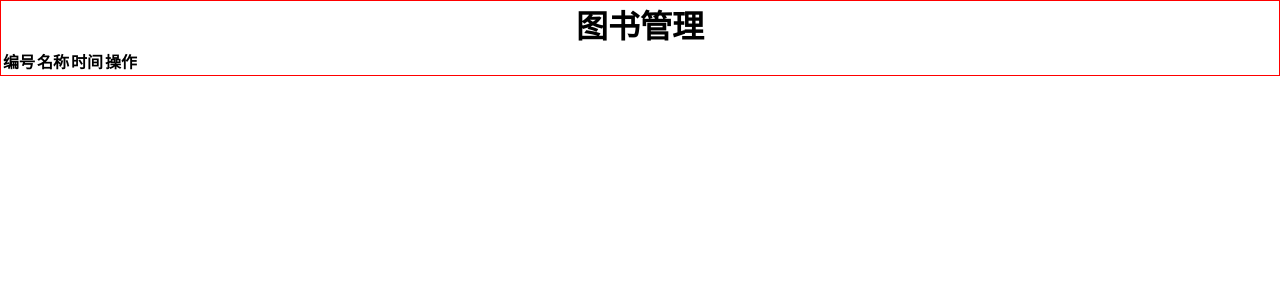
Repository: chenguocan/Vue_demo_1
Page: vue_demo_03/图书管理.html
The author's editor kept a copy of each file at every save. The page is drawn from the files as they stood at one save, then again after the next save.
The browser window is 1280 px wide. The pictures show the whole page.

Above is the page before, as saved 2020-07-21 15:58:59.

After the next save:
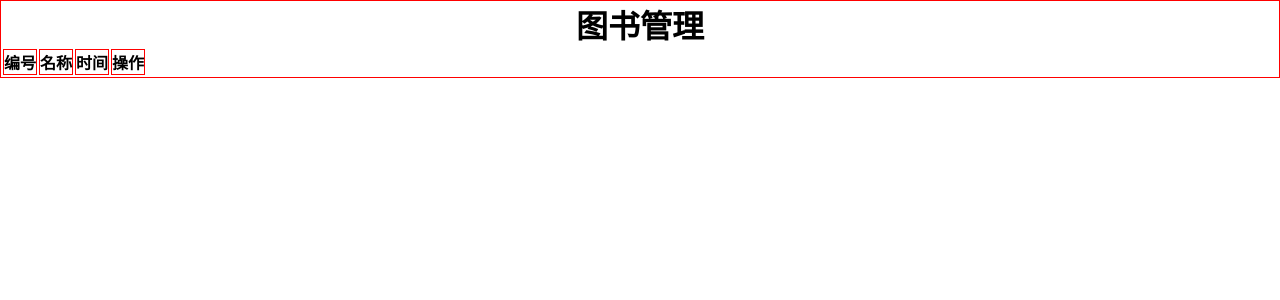
Saved 7 s later.
--- a/vue_demo_03/图书管理.html
+++ b/vue_demo_03/图书管理.html
@@ -14,7 +14,7 @@
         border: 1px solid red;
         text-align: center;
       }
-      table > tr > th {
+      th {
         border: 1px solid red;
       }
     </style>
